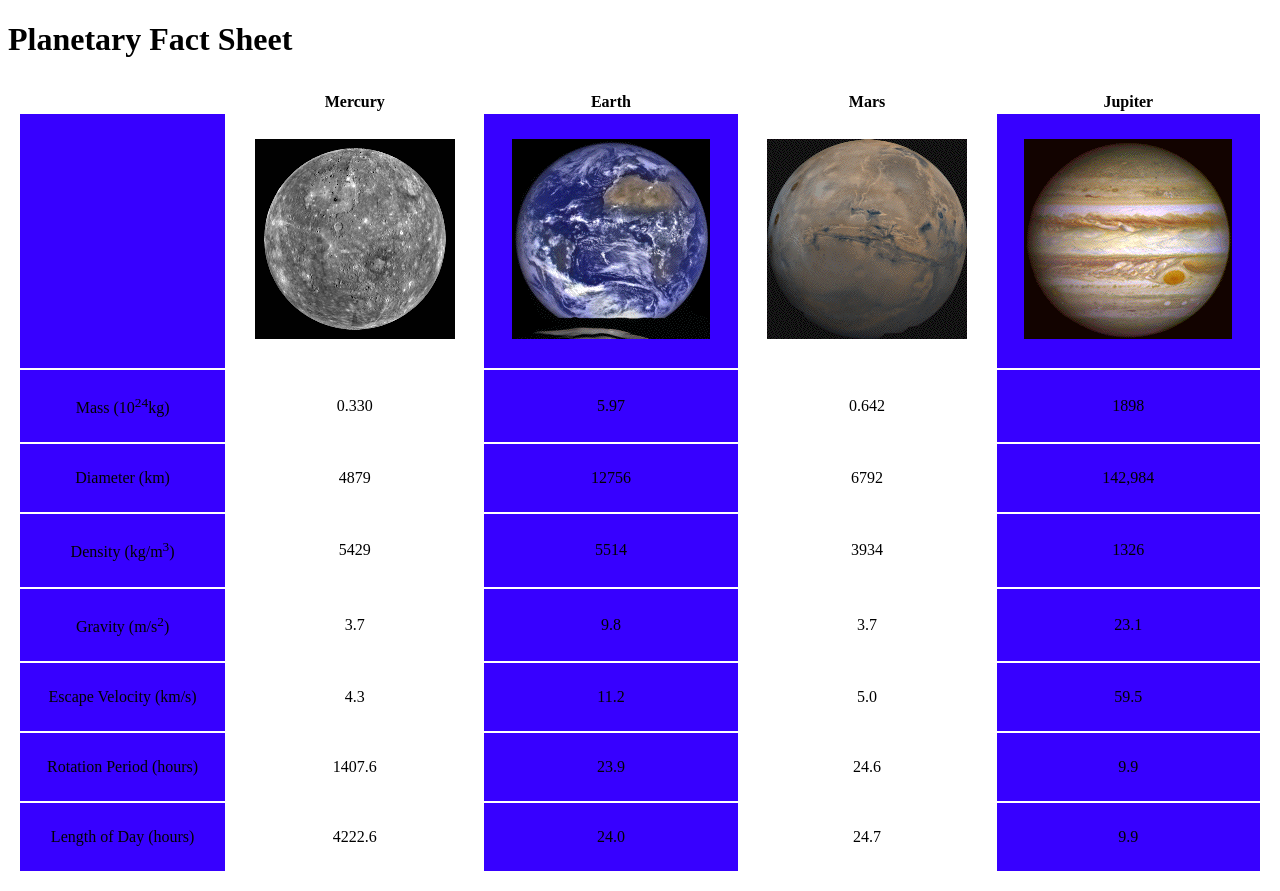
Repository: rishondass/ITMD361-Lab5
Page: index.html
These files come from the project's save history. The page is drawn as it stood at one moment and after the next save; the edit follows.
The browser window is 1280 px wide. The pictures show the whole page.

Above is the page before, as saved 2023-02-22 19:11:35.

### index.html
<!DOCTYPE html>
<html lang="en">
<head>
  <meta charset="utf-8">
  <title>Planetary Fact Sheet</title>
  <link rel="stylesheet" href="css/style.css">
</head>
<body>
  <h1>Planetary Fact Sheet</h1>
  <table id="planets">
    <thead>
      <tr>
        <th></th>
        <th>Mercury</th>
        <th>Earth</th>
        <th>Mars</th>
        <th>Jupiter</th>
      </tr>
    </thead>
    <tbody>
      <tr>
        <td></td>
        <td><img src="images/mercury.gif" alt="image_of_Mercury"></td>
        <td><img src="images/earth.gif" alt="image_of_Earth"></td>
        <td><img src="images/mars.gif" alt="image_of_Mars"></td>
        <td><img src="images/jupiter.gif" alt="image_of_Jupiter"></td>
      </tr>
      <tr class="data">
        <td>Mass (10<sup>24</sup>kg)</td>
        <td>0.330</td>
        <td>5.97</td>
        <td>0.642</td>
        <td>1898</td>
      </tr>
      <tr class="data">
        <td>Diameter (km)</td>
        <td>4879</td>
        <td>12756</td>
        <td>6792</td>
        <td>142,984</td>
      </tr>
      <tr class="data">
        <td>Density (kg/m<sup>3</sup>)</td>
        <td>5429</td>
        <td>5514</td>
        <td>3934</td>
        <td>1326</td>
      </tr>
      <tr class="data">
        <td>Gravity (m/s<sup>2</sup>)</td>
        <td>3.7</td>
        <td>9.8</td>
        <td>3.7</td>
        <td>23.1</td>
      </tr>
      <tr class="data">
        <td>Escape Velocity (km/s)</td>
        <td>4.3</td>
        <td>11.2</td>
        <td>5.0</td>
        <td>59.5</td>
      </tr>
      <tr class="data">
        <td>Rotation Period (hours)</td>
        <td>1407.6</td>
        <td>23.9</td>
        <td>24.6</td>
        <td>9.9</td>
      </tr>
      <tr class="data">
        <td>Length of Day (hours)</td>
        <td>4222.6</td>
        <td>24.0</td>
        <td>24.7</td>
        <td>9.9</td>
      </tr>
    </tbody>
  </table>
</body>

### css/style.css
#planets {
	border: none;
  padding: 10px;
  /* background-color: aqua; */
  width: 100%;
  text-align: center;
  /* height: 80vh; */
}

#planets tr td{
  /* background-color: red; */
  padding: 25px;
}

#planets td:nth-child(odd){
  background-color: rgb(55, 0, 255);
}

After the next save:
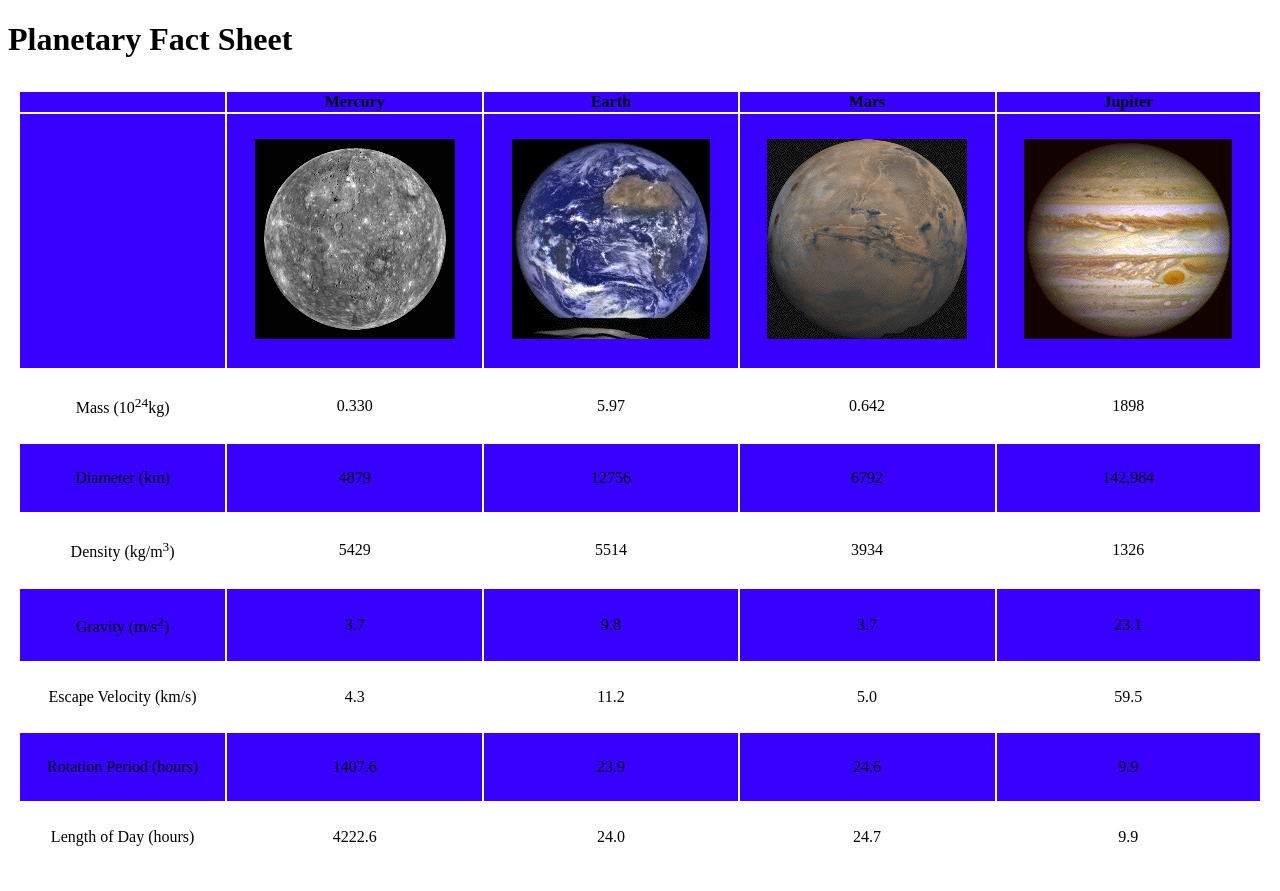
Saved 6 s later.
--- a/css/style.css
+++ b/css/style.css
@@ -12,6 +12,6 @@
   padding: 25px;
 }
 
-#planets td:nth-child(odd){
+#planets tr:nth-child(odd){
   background-color: rgb(55, 0, 255);
 }
